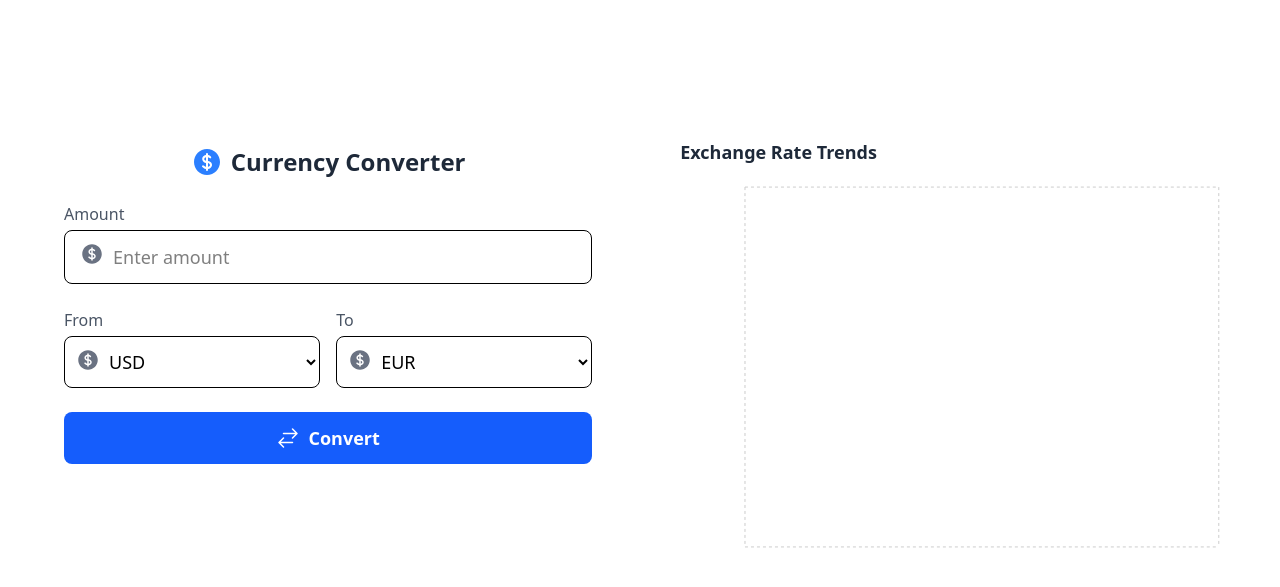
Repository: adrcstro/withcenter_developer_exam
Page: /
An editor plug-in stored every save of this project. The page is shown before and after the next save, followed by the edit.
The browser window is 1280 px wide. The pictures show the whole page.
The page's requests for data from a server got no answer. The project was rebuilt for these pictures with package versions that can differ from the ones it lists, and the page was loaded fresh each time. No one was signed in, and anything a server would have sent is missing. Also part of the build but not shown: vite.config.ts.

Above is the page before, as saved 2025-03-16 20:30:02.

After the next save:
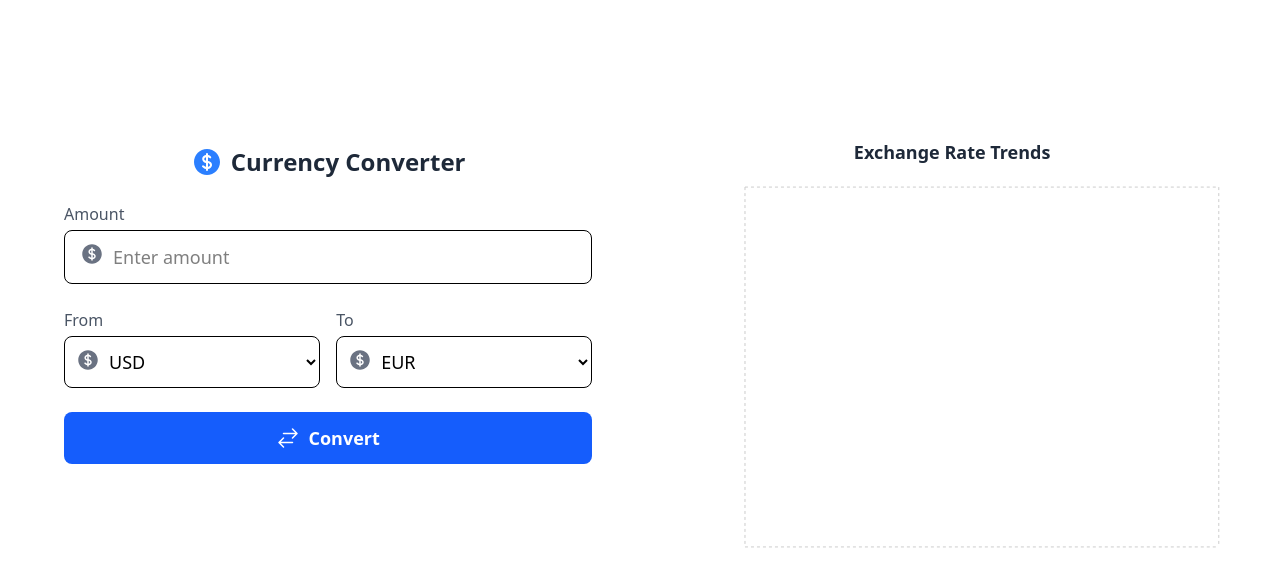
Saved 19 s later.
--- a/src/App.tsx
+++ b/src/App.tsx
@@ -119,7 +119,7 @@ function App() {
 
         {/* Exchange Rate Chart */}
         <div className="w-1/2 p-6 bg-white rounded-xl ">
-          <h3 className="text-lg font-semibold text-gray-800 mb-4">Exchange Rate Trends</h3>
+          <h3 className="text-lg font-semibold text-gray-800 mb-4 text-center">Exchange Rate Trends</h3>
           <ResponsiveContainer width="100%" height={400}>
             <AreaChart data={exchangeRates}>
               <CartesianGrid strokeDasharray="3 3" />
